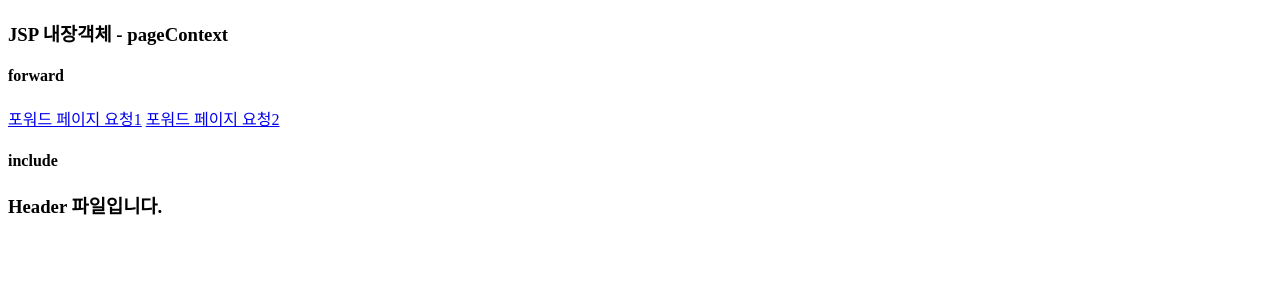
Repository: SangKyuuu/Jsp
Page: http://localhost/ch03/3_pageContext.jsp
An editor plug-in stored every save of this project. The page is shown before and after the next save, followed by the edit.
The browser window is 1280 px wide. The pictures show the whole page.
The page is served by Tomcat 9.

Above is the page before, as saved 2025-07-28 06:45:27.

### ch03/src/main/webapp/3_pageContext.jsp
<%@ page contentType="text/html; charset=UTF-8" pageEncoding="UTF-8"%>
<!DOCTYPE html>
<html>
	<head>
		<meta charset="UTF-8">
		<title>JSP 내장객체 - pageContext</title>
		<!--
			25/07/28
			최상규
			JSP 내장객체 - pageContext 실습하기
		 -->
	</head>
	<body>
		<h3>JSP 내장객체 - pageContext</h3>

		<h4>forward</h4>
		<a href="./proc/forward1.jsp">포워드 페이지 요청1</a>
		<a href="./proc/forward2.jsp">포워드 페이지 요청2</a>

		<h4>include</h4>
		<%
			pageContext.include("./inc/_header.jsp");
		%>

	</body>
</html>

### ch03/src/main/webapp/inc/_header.jsp
<%@ page contentType="text/html; charset=UTF-8" pageEncoding="UTF-8"%>
<header>
	<h3>Header 파일입니다.</h3>

</header>

### ch03/src/main/webapp/inc/_footer.jsp
<%@ page contentType="text/html; charset=UTF-8" pageEncoding="UTF-8"%>
<footer>
	<h3>Footer 파일입니다.</h3>

</footer>

After the next save:
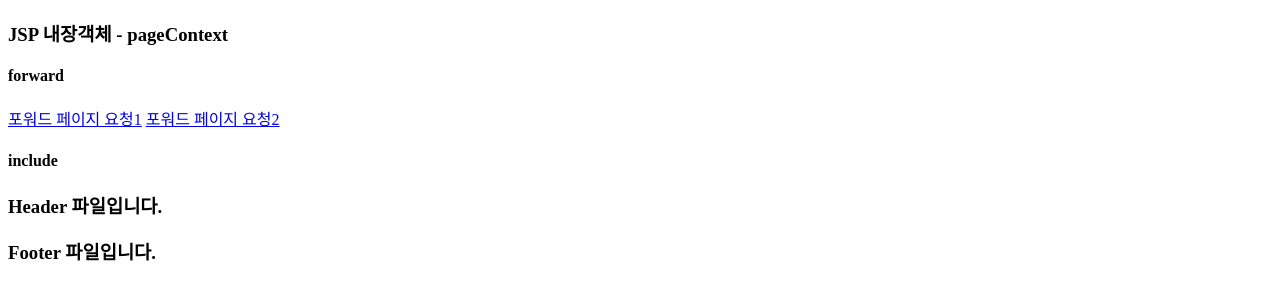
Saved 16 s later.
--- a/ch03/src/main/webapp/3_pageContext.jsp
+++ b/ch03/src/main/webapp/3_pageContext.jsp
@@ -20,6 +20,7 @@
 		<h4>include</h4>
 		<%
 			pageContext.include("./inc/_header.jsp");
+			pageContext.include("./inc/_footer.jsp");
 		%>
 
 	</body>
